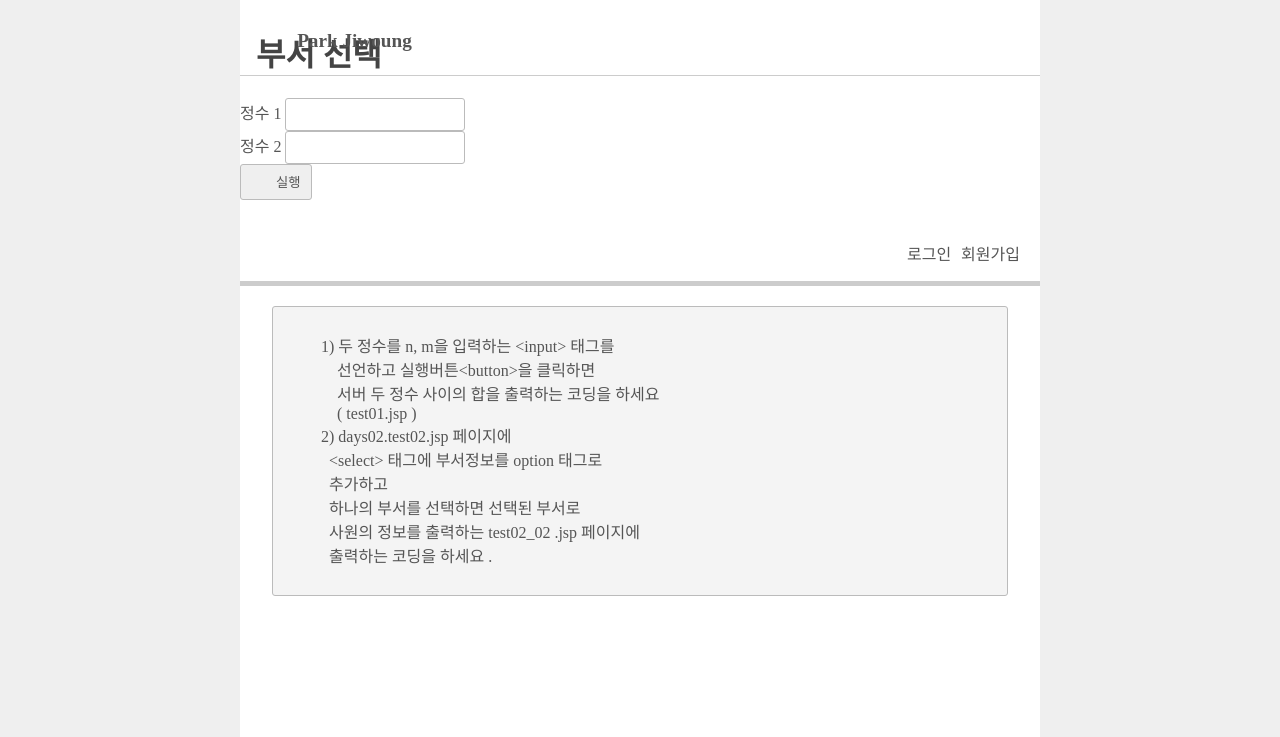
Repository: park-jiwoong/webClass
Page: http://localhost/jspPro/days02/ex01_02.jsp
These files come from the project's save history. The page is drawn as it stood at one moment and after the next save; the edit follows.
The browser window is 1280 px wide. The pictures show the whole page.
Some web fonts or font styles are not loaded; a fallback is used. The page is served by Tomcat 9.

Above is the page before, as saved 2025-05-22 00:25:52.

After the next save:
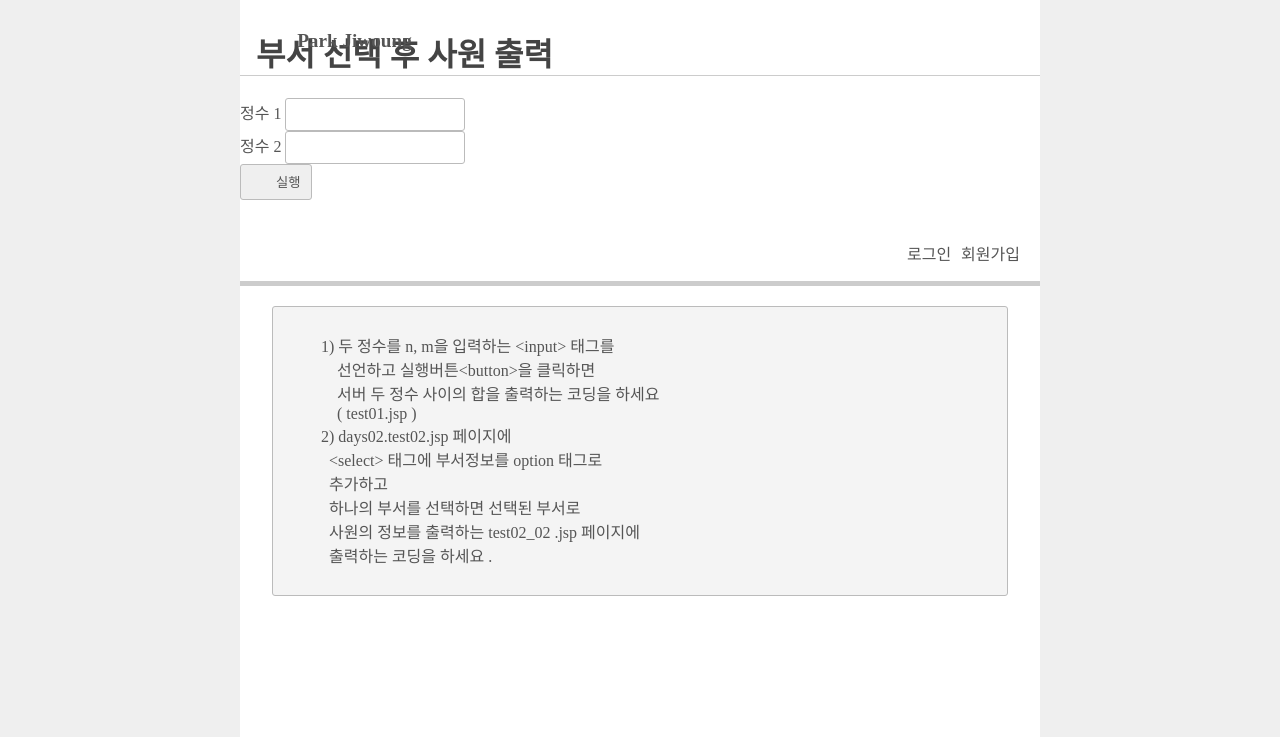
Saved 6 s later.
--- a/webPro/src/main/webapp/JSPClass/jspPro/src/main/webapp/days02/ex01_02.jsp
+++ b/webPro/src/main/webapp/JSPClass/jspPro/src/main/webapp/days02/ex01_02.jsp
@@ -16,7 +16,7 @@
 	</style>
 </head>
 <body>
-	<h1>부서 선택</h1>
+	<h1>부서 선택 후 사원 출력</h1>
 	<form action="test01.jsp" method="get">
 	<label for="num1">정수 1</label>
 	<input type="number" id="num1" name="num1" required="required"> <br>
